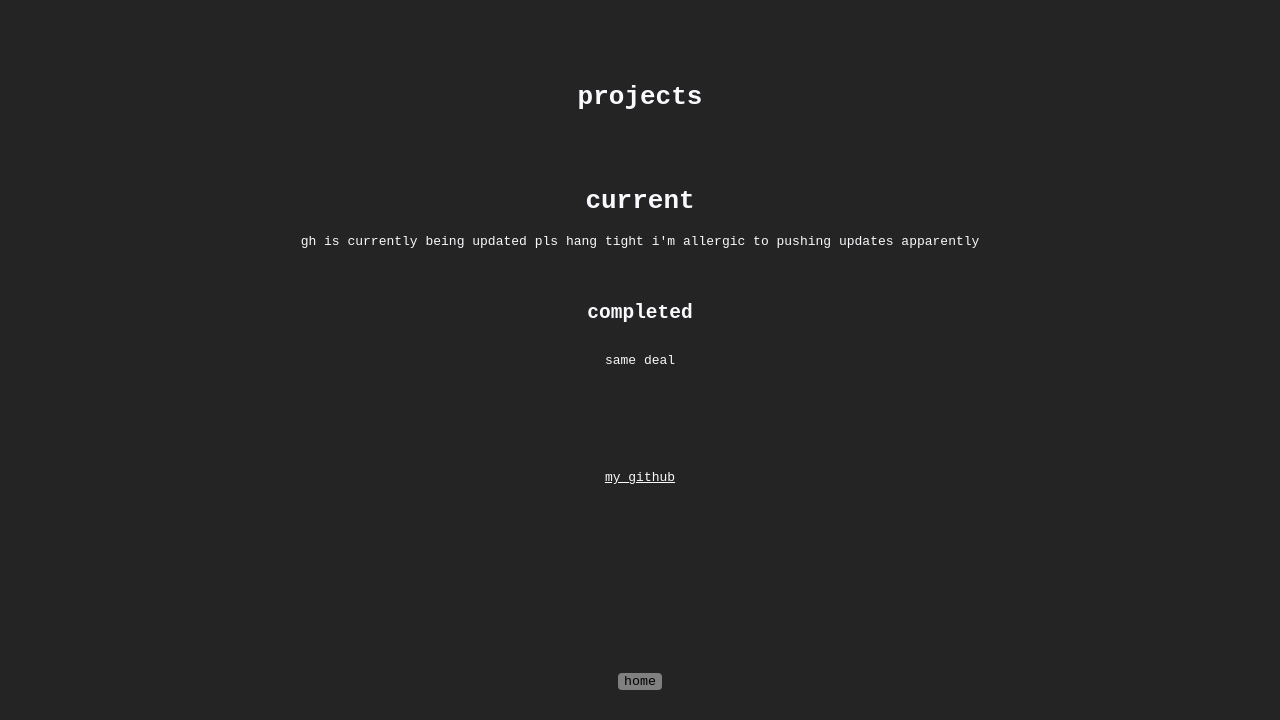
Repository: yellowspots/geneweb
Page: projects.html
An editor plug-in stored every save of this project. The page is shown before and after the next save, followed by the edit.
The browser window is 1280 px wide. The pictures show the whole page.

Above is the page before, as saved 2024-05-03 00:46:02.

After the next save:
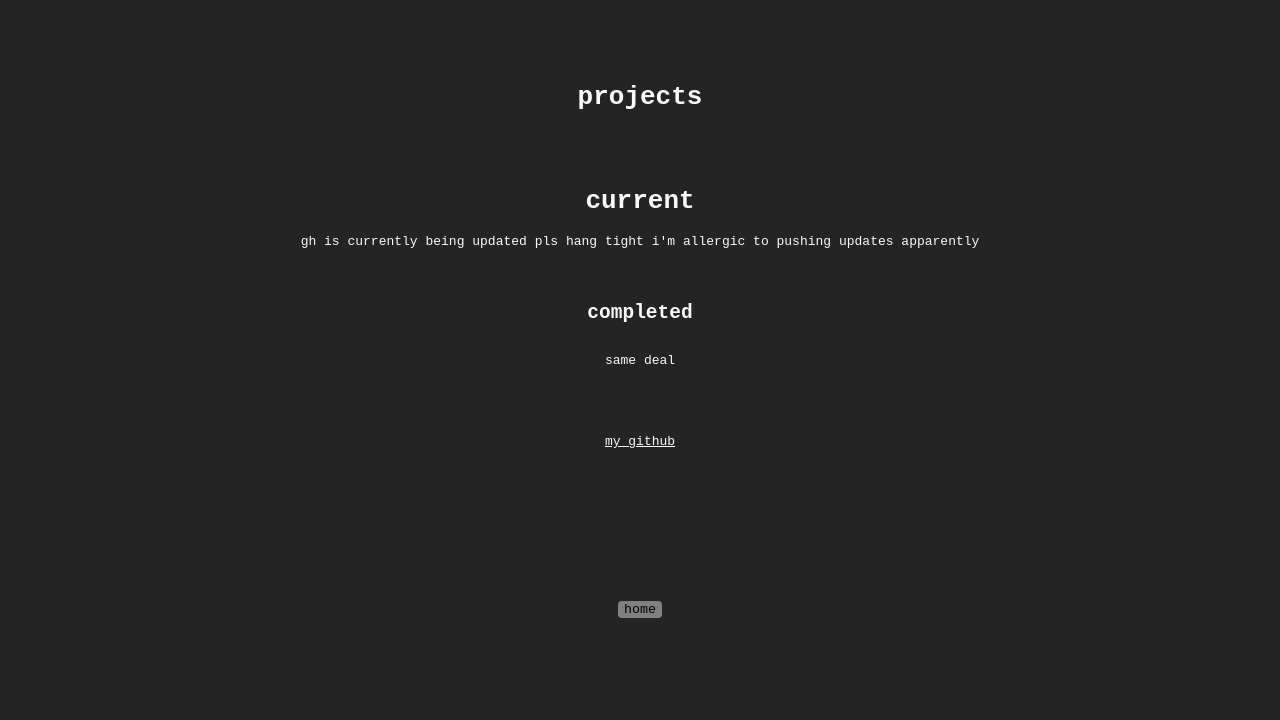
Saved 14 s later.
--- a/projects.html
+++ b/projects.html
@@ -14,7 +14,7 @@
         <h2>completed</h2>
         <p>same deal</p>
     </div>
-    <div style="text-align: center; display: flex; flex-direction: column; align-items: center; justify-content: center; height: 20vh;">
+    <div style="text-align: center; display: flex; flex-direction: column; align-items: center; justify-content: center; height: 10vh;">
         <a href="https://github.com/yerbymatey">my github</a>
     </div>
 </body>
